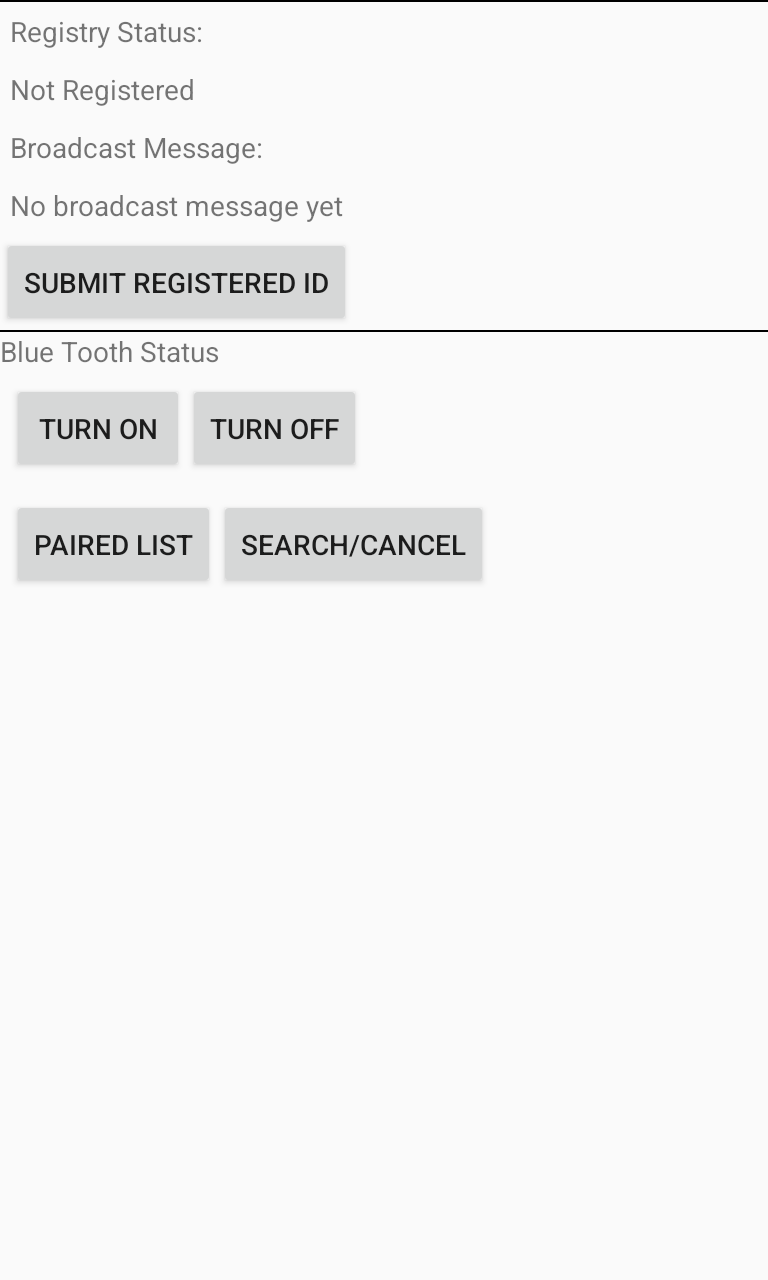
Repository: AlanTai/prjAppIntegration
Layout: prjCandyHouse/res/layout/activity_main.xml
An editor plug-in stored every save of this project. The layout is shown before and after the next save, followed by the edit.
It is drawn on a 768 x 1280 px phone screen (xhdpi) without system bars, with theme AppTheme; the app's code is not run. Lists and similar views that code fills are empty.

Above is the layout before, as saved 2014-11-11 17:59:19.

After the next save:
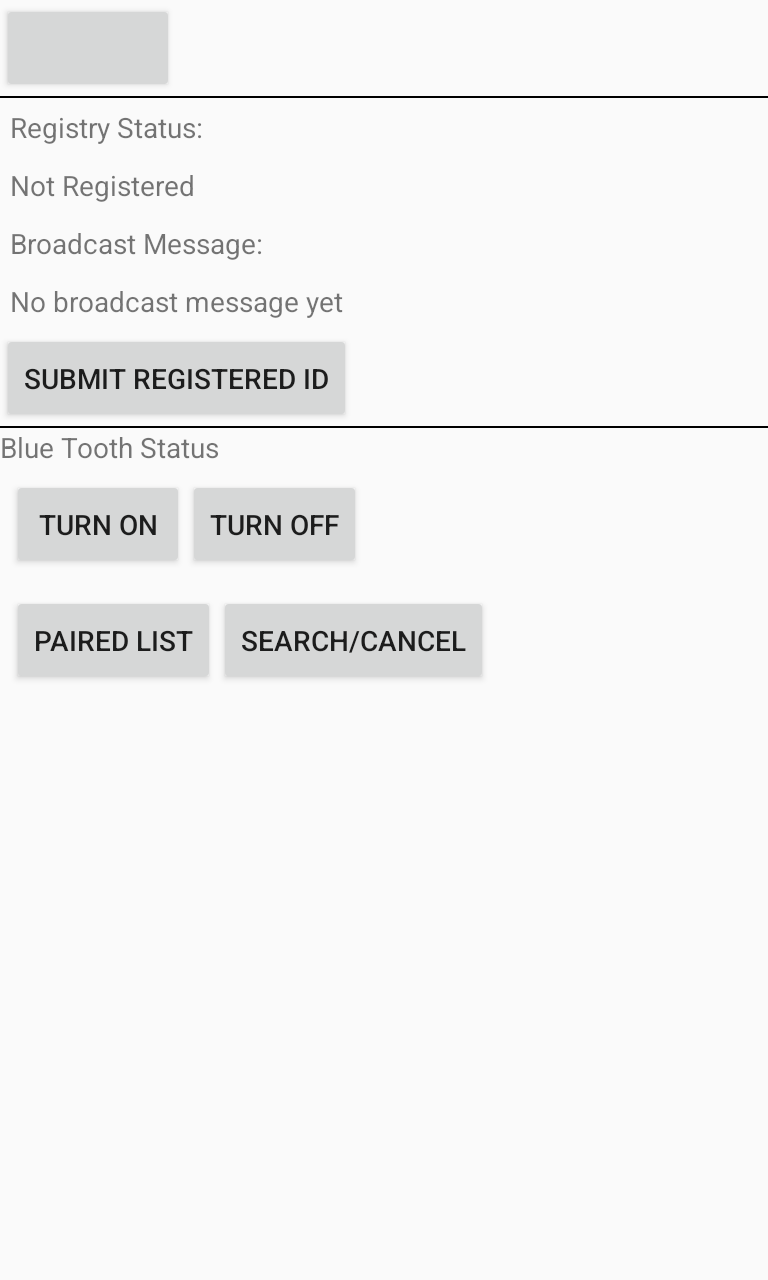
Saved 69 s later.
--- a/prjCandyHouse/res/layout/activity_main.xml
+++ b/prjCandyHouse/res/layout/activity_main.xml
@@ -5,6 +5,11 @@
     android:layout_height="match_parent"
     android:orientation="vertical">
 
+    <Button
+        android:id="@+id/btnConnectXMPP"
+        android:layout_width="wrap_content"
+        android:layout_height="wrap_content"
+        android:padding="5dp"/>
 
     <TextView
         android:layout_height="1dp"
